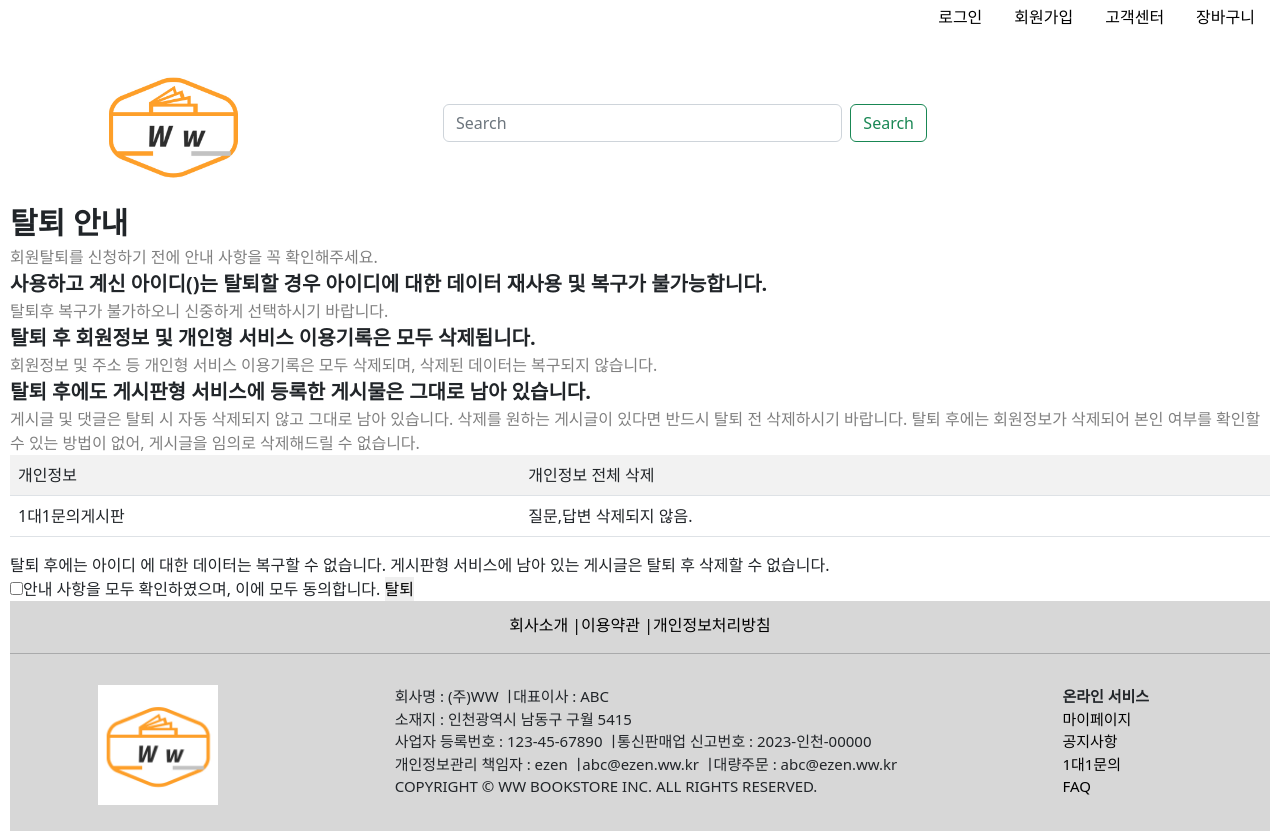
Repository: leehyeonung/project6
Page: http://localhost/book/WEB-INF/views/member/delete.jsp
These files come from the project's save history. The page is drawn as it stood at one moment and after the next save; the edit follows.
The browser window is 1280 px wide. The pictures show the whole page.
The page is served by Tomcat 9. Nobody is signed in. The template is opened directly, without the code that normally fills it, so the values that code supplies are empty.

Above is the page before, as saved 2023-01-06 06:12:36.

After the next save:
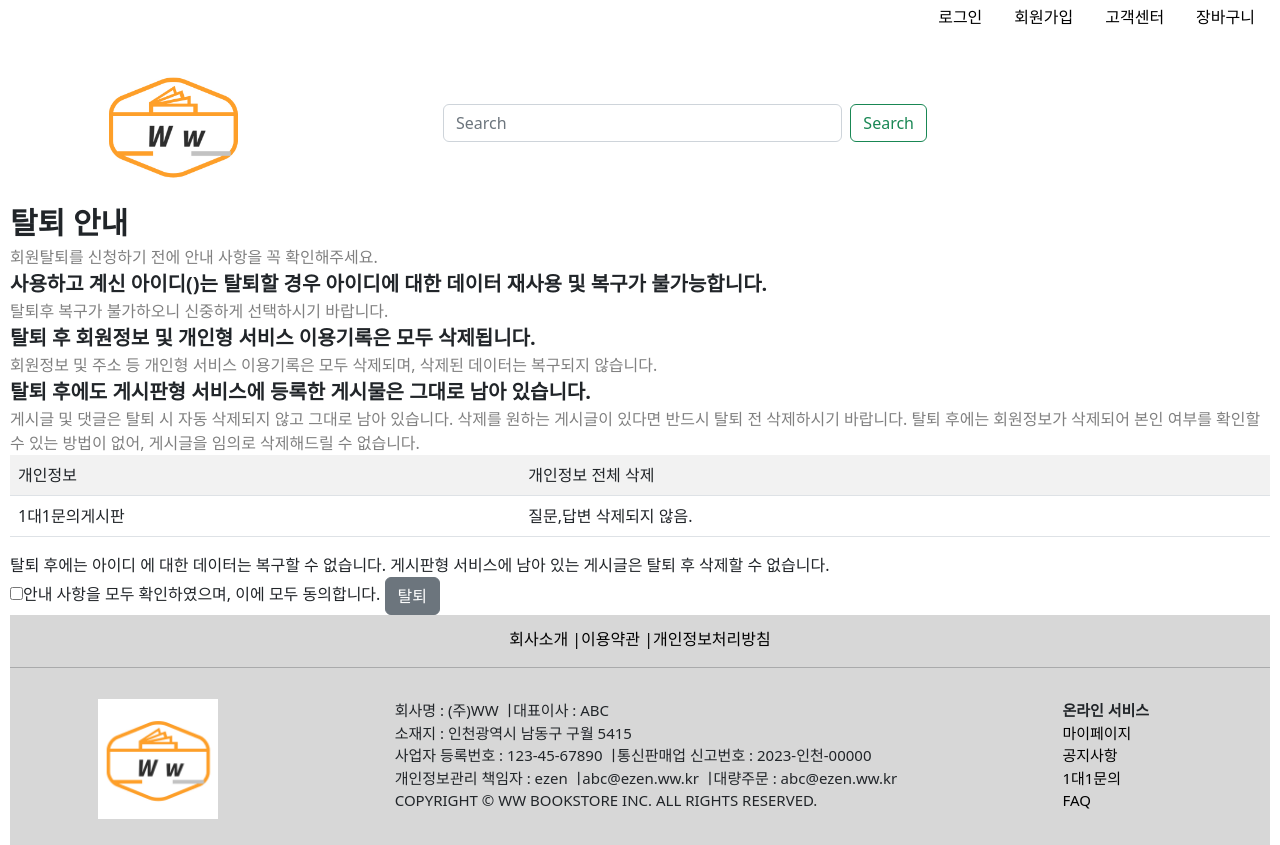
Saved 25 s later.
--- a/book/src/main/webapp/WEB-INF/views/member/delete.jsp
+++ b/book/src/main/webapp/WEB-INF/views/member/delete.jsp
@@ -42,7 +42,7 @@
 게시판형 서비스에 남아 있는 게시글은 탈퇴 후 삭제할 수 없습니다.
 <form action="/mem/delete?mem_num=${ses.mem_num}" method="post" >
 <input type="checkbox" name="deletecheck" value="okay">안내 사항을 모두 확인하였으며, 이에 모두 동의합니다.
-<button type="submit">탈퇴</button>
+<button type="submit" class="btn btn-secondary">탈퇴</button>
 </form>
 </div>
 <jsp:include page="../layout/footer.jsp"></jsp:include>
